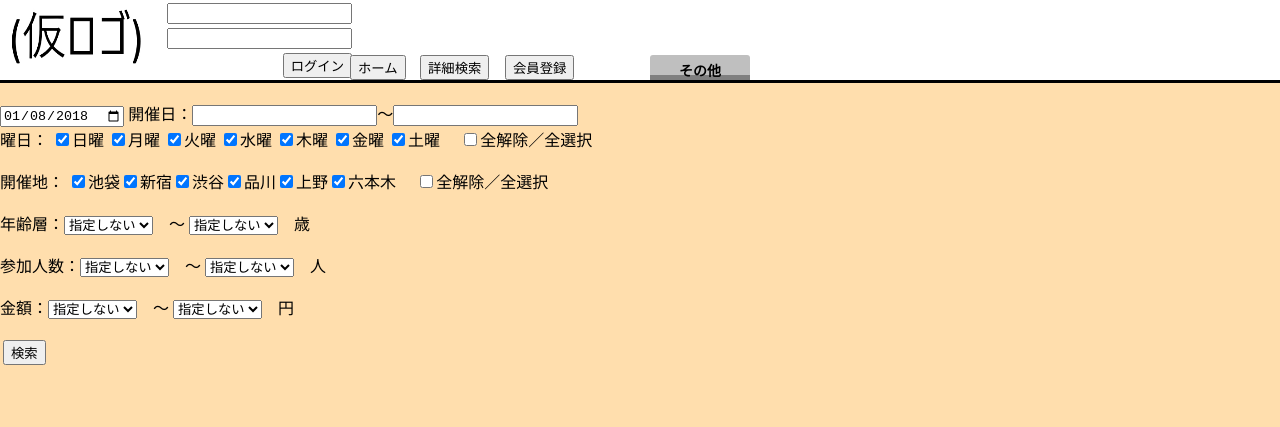
Repository: k0816/backup-master
Page: http://localhost/cycle/PartySearchAction
These files come from the project's save history. The page is drawn as it stood at one moment and after the next save; the edit follows.
The browser window is 1280 px wide. The pictures show the whole page.
The page is served by Tomcat 9. Other server files are loaded and not shown.

Above is the page before, as saved 2018-01-25 05:08:10.

### cycle/WebContent/partySearch.jsp
<%@ page language="java" contentType="text/html; charset=UTF-8"
    pageEncoding="UTF-8"%>
<%@ taglib prefix="s" uri="/struts-tags"%>

<!DOCTYPE html>
<html>
<head>
<meta http-equiv="Content-Type" content="text/html; charset=UTF-8">
<title>Insert title here</title>

<script type="text/javascript" src="js/jquery-3.3.1.js"></script>
<script type="text/javascript" src="js/jquery-ui.min.js"></script>
<script type="text/javascript" src="js/datepicker-ja.js"></script>
<link type="text/css" href="css/theme/jquery-ui.min.css" rel="stylesheet" />
<link type="text/css" href="css/theme/jquery-ui.theme.min.css" rel="stylesheet" />
<link type="text/css" href="css/theme/jquery-ui.structure.min.css" rel="stylesheet" />

<script type="text/javascript">
/*---チェックリストの全解除、選択---*/
    flag =false;
    function allChangeWeek(){
        flag = !flag;
        var check = document.getElementsByName('week');
        for(i = 0; i < check.length; i++){
            check[i].checked = !flag;
        }
    }

    flag =false;
    function allChangePlace(){
        flag = !flag;
        var check = document.getElementsByName('partyPlace');
        for(i = 0; i < check.length; i++){
            check[i].checked = !flag;
        }
    }

/*---カレンダー機能---*/
    $(function() {
    	  $("#date1").datepicker( {
    	    changeMonth: true,
    	    numberOfMonths: 2,
    	  } );
    	  $("#date2").datepicker( {
      	    changeMonth: true,
    	    numberOfMonths: 2,
      	  } );

    	});
/*---カレンダー日付の初期値設定---*/
   window.onload = function () {
            //今日の日時を表示
            var date = new Date()
            var year = date.getFullYear()
            var month = date.getMonth() + 1
            var day = date.getDate()

            var toTwoDigits = function (num, digit) {
              num += ''
              if (num.length < digit) {
                num = '0' + num
              }
              return num
            }

            var yyyy = toTwoDigits(year, 4)
            var mm = toTwoDigits(month, 2)
            var dd = toTwoDigits(day, 2)
            var ymd = yyyy + "-" + mm + "-" + dd;

            document.getElementById("today").value = ymd;
        }
</script>
</head>
<body>

 <jsp:include page="/include.jsp" flush="true" />

 <input type="date" id="today">


<s:if test="errorMessage!=null">
	<s:property value="errorMessage"/>
</s:if>
開催日：<input type="text" id="date1" />～<input type="text" id="date2" /><br>
  曜日：
<label><input type="checkbox" name="week" value="sunday" checked>日曜</label>
<label><input type="checkbox" name="week" value="monday" checked>月曜</label>
<label><input type="checkbox" name="week" value="tuesday" checked>火曜</label>
<label><input type="checkbox" name="week" value="wednesday" checked>水曜</label>
<label><input type="checkbox" name="week" value="thursday" checked>木曜</label>
<label><input type="checkbox" name="week" value="friday" checked>金曜</label>
<label><input type="checkbox" name="week" value="saturday" checked>土曜</label>

<label><input name="selectAll" onclick="allChangeWeek(this.checked);" type="checkbox"  />全解除／全選択</label>
<br><br>
<s:form id="form" name="form" action="PartySearchResultAction">
開催地：
<label><input type="checkbox" name="partyPlace" value="池袋" checked>池袋</label>
<label><input type="checkbox" name="partyPlace" value="新宿" checked>新宿</label>
<label><input type="checkbox" name="partyPlace" value="渋谷" checked>渋谷</label>
<label><input type="checkbox" name="partyPlace" value="品川" checked>品川</label>
<label><input type="checkbox" name="partyPlace" value="上野" checked>上野</label>
<label><input type="checkbox" name="partyPlace" value="六本木" checked>六本木</label>
<label><input name="selectAll" onclick="allChangePlace(this.checked);" type="checkbox"  />全解除／全選択</label>
<br><br>
年齢層：<select name="ageMinimum">
    <option value="0">指定しない</option>
    <option value="20">20</option>
    <option value="25">25</option>
    <option value="30">30</option>
    <option value="35">35</option>
    <option value="40">40</option>
  </select>　～
  <select name="ageMaximum">
    <option value="100">指定しない</option>
    <option value="25">25</option>
    <option value="30">30</option>
    <option value="35">35</option>
    <option value="40">40</option>
    <option value="45">45</option>
    <option value="50">50</option>
  </select>　歳<br>
<br>
参加人数：<select name="partyCapacity">
    <option value="0">指定しない</option>
    <option value="20">20</option>
    <option value="40">40</option>
    <option value="60">60</option>
    <option value="80">80</option>
    <option value="100">100</option>
  </select>　～
  <select name="capa2">
    <option value="1000">指定しない</option>
    <option value="20">20</option>
    <option value="40">40</option>
    <option value="60">60</option>
    <option value="80">80</option>
    <option value="100">100</option>
  </select>　人<br>
<br>
金額：<select name="partyPrice">
    <option value="0">指定しない</option>
    <option value="1500">1500</option>
    <option value="3000">3000</option>
    <option value="4500">4500</option>
    <option value="6000">6000</option>
    <option value="7500">7500</option>
    <option value="9000">9000</option>
  </select>　～
  <select name="price2">
    <option value="100000">指定しない</option>
    <option value="3000">3000</option>
    <option value="4500">4500</option>
    <option value="6000">6000</option>
    <option value="7500">7500</option>
    <option value="9000">9000</option>
  </select>　円<br><br>

<div id="searchBotan"><s:submit value="検索"/></div>
</s:form>



</body>
</html>

### cycle/WebContent/include.jsp
<%@ page language="java" contentType="text/html; charset=UTF-8"
	pageEncoding="UTF-8"%>
<%@ taglib prefix="s" uri="/struts-tags"%>
<!DOCTYPE html PUBLIC "-//W3C//DTD HTML 4.01 Transitional//EN" "http://www.w3.org/TR/html4/loose.dtd">
<html>
<head>
<meta http-equiv="Content-Type" content="text/html; charset=utf-8" />
<meta http-equiv="Content-Style-Type" content="text/css" />
<meta http-equiv="Content-Script-Type" content="text/javascript" />
<meta http-equiv="imagetoolbar" content="no" />
<meta name="description" content="" />
<meta name="keywords" content="" />
<title>JSP共通設定</title>
<style type="text/css">

#header {
	width: 100%;
	height: 80px;
	background-color: white;
	border-bottom: 3px solid black;
	/* position: fixed; */
}

#welcome {
	position: absolute;
	left: 160px;
	top: 0px;
}

.botan {
	position: absolute;
	top: 55px;
}

#home {
	position: absolute;
	left: 350px;
}

#search {
	position: absolute;
	left: 420px;
}

#createORmypage {
	position: absolute;
	left: 505px;
}

#other {
	position: absolute;
	left: 650px;
}

body {
	/* background: url("./image/wood.jpg"); */
	background: #FFDEAD;
	margin: 0;
	padding: 0;
}
/* ドロップダウンメニューについて */
#dropmenu {
	list-style-type: none;
	width: 100px;
	height: 20px;
	margin: 0px auto 0px;
	padding: 0;
	background: #bfbfbf;
	border-bottom: 5px solid #7f7f7f;
	border-radius: 3px 3px 0 0;;
}

#dropmenu li {
	position: relative;
	width: 100%;
	float: left;
	margin: 0;
	padding: 0;
	text-align: center;
}

#dropmenu li a {
	display: block;
	margin: 0;
	padding: 10px;
	color: black;
	font-size: 14px;
	font-weight: bold;
	line-height: 1;
	text-decoration: none;
}

#dropmenu li:hover>a {
	background: #bfbfbf;;
	color: #eff7b1;
}

#dropmenu>li:hover>a {
	border-radius: 3px 3px 0 0;
}

#dropmenu li ul {
	list-style: none;
	position: absolute;
	top: 100%;
	left: 0;
	margin: 0;
	padding: 0;
	border-radius: 0 0 3px 3px;
}

#dropmenu li ul li {
	overflow: hidden;
	width: 100%;
	height: 0;
	color: #fff;
	-moz-transition: .2s;
	-webkit-transition: .2s;
	-o-transition: .2s;
	-ms-transition: .2s;
	transition: .2s;
}

#dropmenu li ul li a {
	padding: 13px 13px;
	background: #bfbfbf;
	text-align: center;
	font-size: 12px;
	font-weight: normal;
}

#dropmenu li:hover ul li {
	overflow: visible;
	height: 38px;
	border-top: 1px solid #bfbfbf;
	border-bottom: 1px solid #616d0b;
}

#dropmenu li:hover ul li:first-child {
	border-top: 0;
}

#dropmenu li:hover ul li:last-child {
	border-bottom: 0;
}

#dropmenu li:hover ul li:last-child a {
	border-radius: 0 0 3px 3px;
}
</style>
</head>
<body>
	<div id="header">
          <a href="GoHomeAction"><img src="image\logotest.jpg" width="150" height="80"></a>

		<div id="welcome">  <!-- ログイン情報入力フォーム-->
			<s:if test="#session.loginUser != null">
ようこそ！<s:property value="#session.loginUser.getUserName()" escape="false" />様！
            </s:if>
            <s:else>
            <s:form id="form" name="form" action="LoginAction">
				<div id="address"><s:textfield name="loginAddress"/></div>
				<div id="password"><s:password name="loginPassword"/></div>
				<s:hidden name="userName" value='<s:property value="userName"/>'/>
				<s:hidden name="userId" value='<s:propety value="userId"/>'/>
				<div id="login"><s:submit value="ログイン"/></div>
			</s:form>
            </s:else>
            </div>

	<div class="botan">
			<div id="home">
				<form action="GoHomeAction">
					<input type="submit" value="ホーム" />
				</form>
			</div>
			<div id="search">
				<form action="PartySearchAction">
					<input type="submit" value="詳細検索" />
				</form>
			</div>
			<div id=createORmypage>
			<s:hidden name="loginAddress" value="%{loginAddress}"/>
			<s:hidden name="loginPassword" value="%{loginPassword}"/>
			<s:hidden name="userId" value="%{userId}"/>
			<s:hidden name="userName" value="%{userName}"/>
			<s:if test="#session.loginUser !=null">
				<ul id="dropmenu">
					<li><a href="#">マイページ</a>
						<ul>
							<li><a href="NicePartyListAction">いいね！</a></li>
							<li><a href="PartyJoinHistoryAction">参加履歴</a></li>
							<li><a href="UserInfoAction">登録情報確認</a></li>
							<li><a href="PartySearchNEWAction">商品検索</a></li>

						</ul>
					</li>
				</ul>
			</s:if>
			<s:else>
				<form action="UserCreateAction">
					<input type="submit" value="会員登録" />
				</form>
			</s:else>
			</div>

		<!-- ドロップダウンメニュー -->
		<div id="other">
		<ul id="dropmenu">
			<li><a href="#">その他</a>
				<ul>
					<li><a href="ToNewUserAction">お知らせ</a></li>
					<li><a href="ToNewUserAction">初めての方へ</a></li>
					<li><a href="#">会社概要</a></li>
					<li><a href="#">お問い合わせ</a></li>
					<li><s:if test="#session.loginUser !=null">
							<a href="LogoutAction">ログアウト</a>
						</s:if></li>
				</ul>
			</li>
		</ul>
		</div>
	</div>
	</div>
	<br>
</body>
</html>

### cycle/src/cycle/dto/PartySearchDTO.java
package cycle.dto;

import java.util.Date;


public class PartySearchDTO {


	public String partyId;

	public String partyName;

	public Date partyDate;

	public Date date2;

	public String partyWeek;

	public String partyPrice;

	public String partyCapacity;

	public String partyPlace;

	public String ageMinimum;

	public String ageMaximum;

	public String partyDetail;

	public Date insertDate;

	public Date updateDate;

	public String capa2;

	public String price2;



	public Date getInsertDate() {
		return insertDate;
	}

	public void setInsertDate(Date insertDate) {
		this.insertDate = insertDate;
	}

	public Date getUpdateDate() {
		return updateDate;
	}

	public void setUpdateDate(Date updateDate) {
		this.updateDate = updateDate;
	}

	public String getPartyId() {
	    return partyId;
	}

	public void setPartyId(String partyId) {
	    this.partyId = partyId;
	}

	public String getPartyName() {
	    return partyName;
	}

	public void setPartyName(String partyName) {
	    this.partyName = partyName;
	}

	public Date getPartyDate() {
	    return partyDate;
	}

	public void setPartyDate(Date partyDate) {
	    this.partyDate = partyDate;
	}

	public Date getDate2() {
		return date2;
	}

	public void setDate2(Date date2) {
		this.date2 = date2;
	}

	public String getPartyWeek() {
		return partyWeek;
	}

	public void setPartyWeek(String partyWeek) {
		this.partyWeek = partyWeek;
	}

	public String getPartyPrice() {
	    return partyPrice;
	}

	public void setPartyPrice(String partyPrice) {
	    this.partyPrice = partyPrice;
	}

	public String getPartyCapacity() {
	    return partyCapacity;
	}

	public void setPartyCapacity(String partyCapacity) {
	    this.partyCapacity = partyCapacity;
	}

	public String getPartyPlace() {
	    return partyPlace;
	}

	public void setPartyPlace(String partyPlace) {
	    this.partyPlace = partyPlace;
	}

	public String getAgeMinimum() {
	    return ageMinimum;
	}

	public void setAgeMinimum(String ageMinimum) {
	    this.ageMinimum = ageMinimum;
	}

	public String getAgeMaximum() {
	    return ageMaximum;
	}

	public void setAgeMaximum(String ageMaximu) {
	    this.ageMaximum = ageMaximu;
	}

	public String getPartyDetail() {
	    return partyDetail;
	}

	public void setPartyDetail(String partyDetail) {
	    this.partyDetail = partyDetail;
	}



	public String getCapa2() {
		return capa2;
	}

	public void setCapa2(String capa2) {
		this.capa2 = capa2;
	}

	public String getPrice2() {
		return price2;
	}

	public void setPrice2(String price2) {
		this.price2 = price2;
	}

}

### cycle/WebContent/js/datepicker-ja.js
/* Japanese initialisation for the jQuery UI date picker plugin. */
/* Written by Kentaro SATO (kentaro@ranvis.com). */
( function( factory ) {
	if ( typeof define === "function" && define.amd ) {

		// AMD. Register as an anonymous module.
		define( [ "../widgets/datepicker" ], factory );
	} else {

		// Browser globals
		factory( jQuery.datepicker );
	}
}( function( datepicker ) {

datepicker.regional.ja = {
	closeText: "閉じる",
	prevText: "&#x3C;前",
	nextText: "次&#x3E;",
	currentText: "今日",
	monthNames: [ "1月","2月","3月","4月","5月","6月",
	"7月","8月","9月","10月","11月","12月" ],
	monthNamesShort: [ "1月","2月","3月","4月","5月","6月",
	"7月","8月","9月","10月","11月","12月" ],
	dayNames: [ "日曜日","月曜日","火曜日","水曜日","木曜日","金曜日","土曜日" ],
	dayNamesShort: [ "日","月","火","水","木","金","土" ],
	dayNamesMin: [ "日","月","火","水","木","金","土" ],
	weekHeader: "週",
	dateFormat: "yy/mm/dd",
	firstDay: 0,
	isRTL: false,
	showMonthAfterYear: true,
	yearSuffix: "年" };
datepicker.setDefaults( datepicker.regional.ja );

return datepicker.regional.ja;

} ) );

Loaded but not shown: cycle/WebContent/js/jquery-3.3.1.js (library); cycle/WebContent/js/jquery-ui.min.js (library); cycle/WebContent/css/theme/jquery-ui.min.css (library); cycle/WebContent/css/theme/jquery-ui.theme.min.css (library); cycle/WebContent/css/theme/jquery-ui.structure.min.css (library)

After the next save:
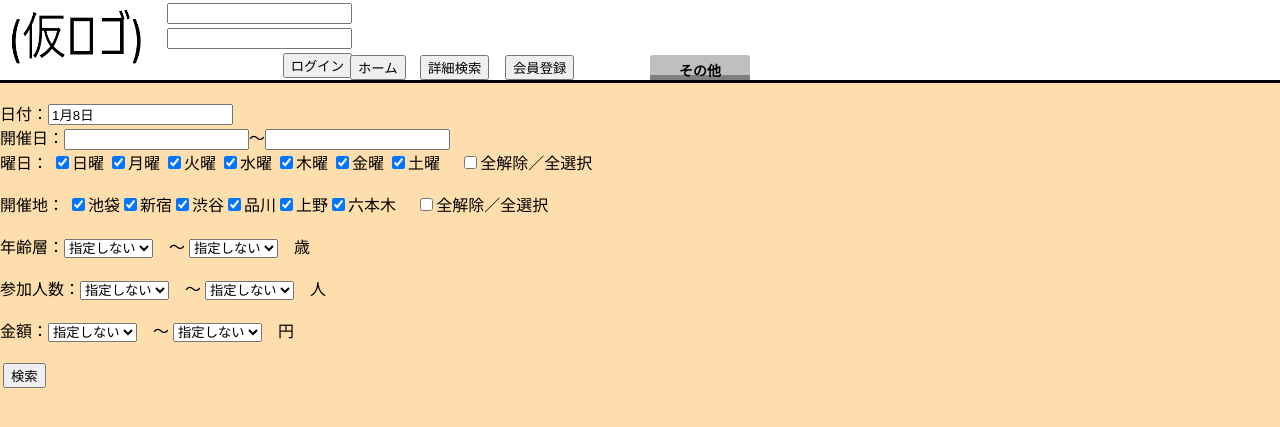
Saved 2 min 40 s later.
--- a/cycle/WebContent/partySearch.jsp
+++ b/cycle/WebContent/partySearch.jsp
@@ -48,35 +48,24 @@
 
     	});
 /*---カレンダー日付の初期値設定---*/
-   window.onload = function () {
-            //今日の日時を表示
-            var date = new Date()
-            var year = date.getFullYear()
-            var month = date.getMonth() + 1
-            var day = date.getDate()
-
-            var toTwoDigits = function (num, digit) {
-              num += ''
-              if (num.length < digit) {
-                num = '0' + num
-              }
-              return num
-            }
-
-            var yyyy = toTwoDigits(year, 4)
-            var mm = toTwoDigits(month, 2)
-            var dd = toTwoDigits(day, 2)
-            var ymd = yyyy + "-" + mm + "-" + dd;
-
-            document.getElementById("today").value = ymd;
-        }
+   function pDate()
+{
+	dt = new Date();
+	m  = dt.getMonth() + 1;
+	d  = dt.getDate();
+	document.myFORM.date.value = m+"月"+d+"日";
+}
 </script>
 </head>
 <body>
 
  <jsp:include page="/include.jsp" flush="true" />
 
- <input type="date" id="today">
+</head>
+<body onLoad="pDate()">
+<form name="myFORM">
+日付：<input type="text" name="date">
+</form>
 
 
 <s:if test="errorMessage!=null">
